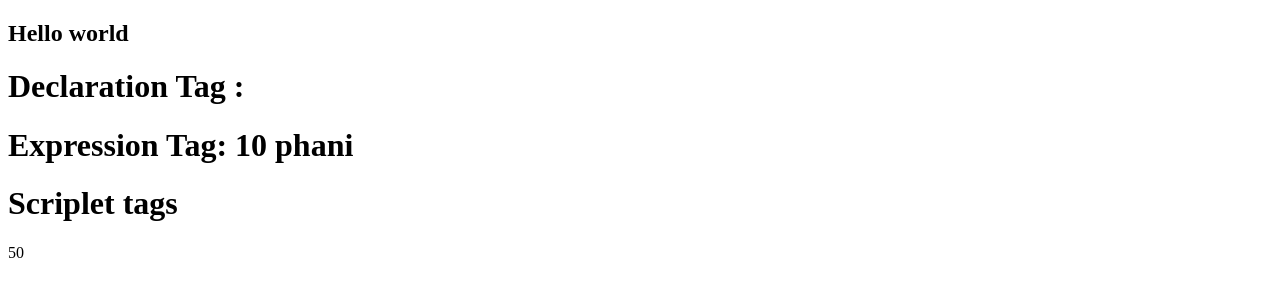
Repository: phanendralanki/AdvancedJavaCodes
Page: http://localhost/JSP_01/
These files come from the project's save history. The page is drawn as it stood at one moment and after the next save; the edit follows.
The browser window is 1280 px wide. The pictures show the whole page.
The page is served by Tomcat 10.

Above is the page before, as saved 2023-04-13 17:07:19.

After the next save:
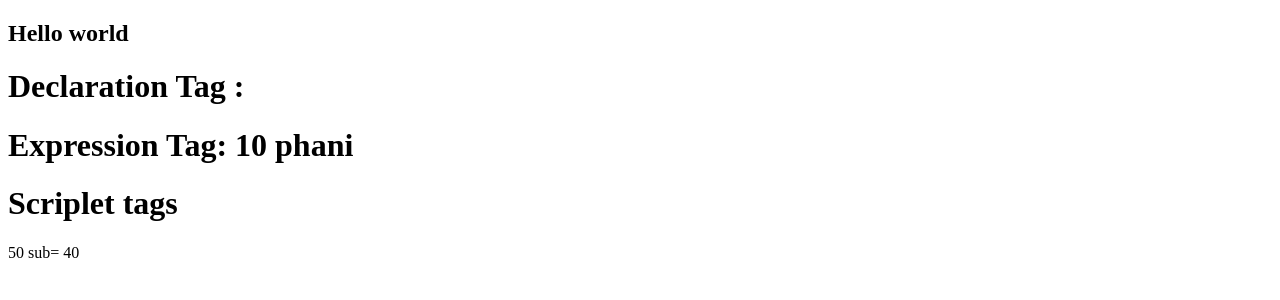
Saved 41 s later.
--- a/JSP_01/webapp/index.jsp
+++ b/JSP_01/webapp/index.jsp
@@ -19,6 +19,9 @@
 	<%
 		int sum=20+30;
 		out.println(sum);
+
+		int sub = sum-10;
+		out.println("sub= "+sub);
 	%>
 
 
